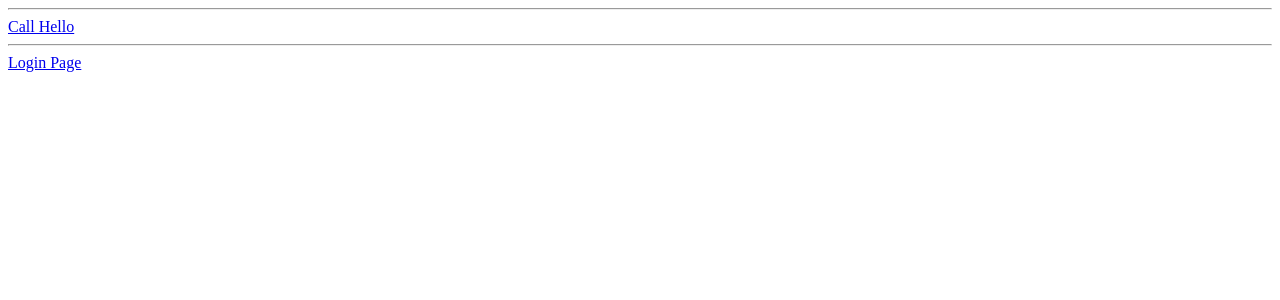
Repository: adithnaveen/trainingus1
Page: http://localhost/MyCompany/
An editor plug-in stored every save of this project. The page is shown before and after the next save, followed by the edit.
The browser window is 1280 px wide. The pictures show the whole page.
The page is served by Tomcat 9. Other server files are loaded and not shown.

Above is the page before, as saved 2016-06-02 15:48:43.

### ClassRoomTraining/MyCompany/src/main/webapp/index.jsp
<html>
<body>


<hr/>
	<a href="hello.html">Call Hello</a>
<hr/>

	<a href="loginpage.html">Login Page</a>



</body>
</html>

After the next save:
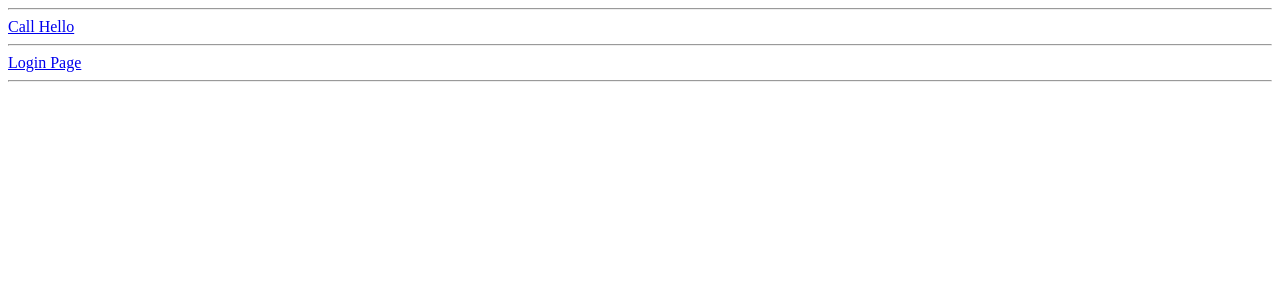
Saved 54 s later.
--- a/ClassRoomTraining/MyCompany/src/main/webapp/index.jsp
+++ b/ClassRoomTraining/MyCompany/src/main/webapp/index.jsp
@@ -8,7 +8,8 @@
 
 	<a href="loginpage.html">Login Page</a>
 
-
+<hr />
+	<a href="employee.html"></a>
 
 </body>
 </html>
